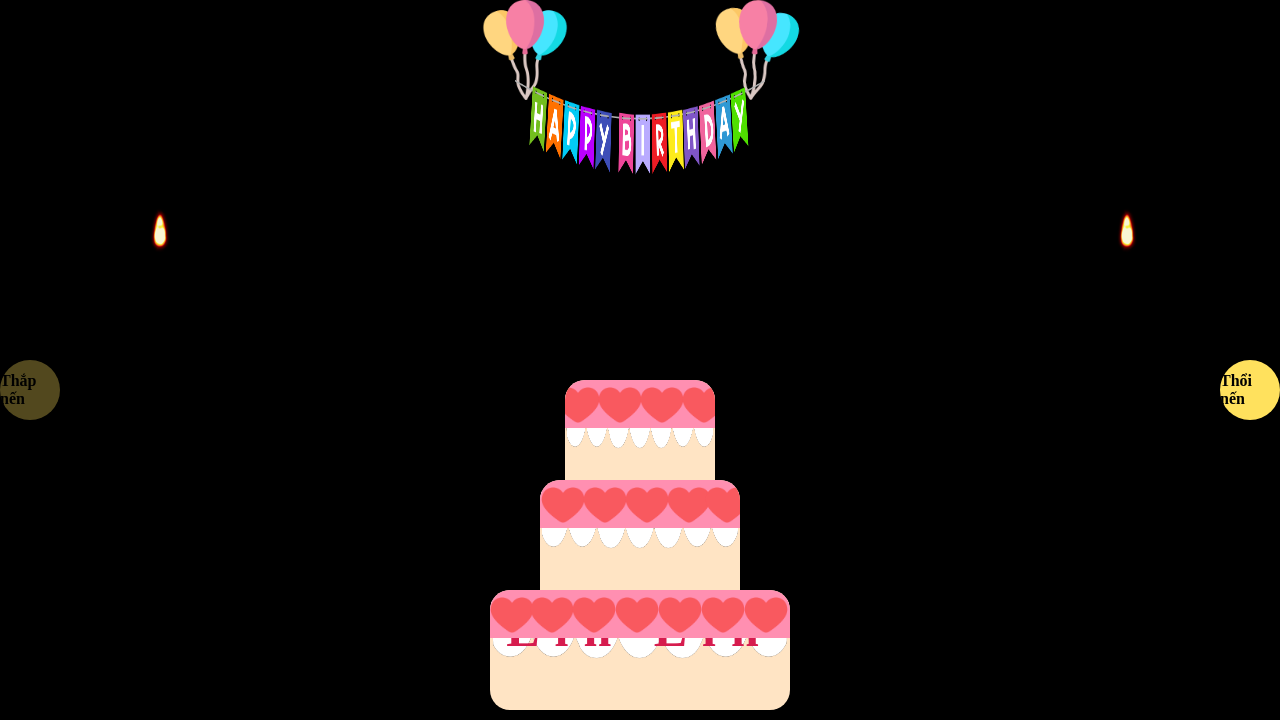
Repository: iphoneboy46/happybirthday
Page: index.html
These files come from the project's save history. The page is drawn as it stood at one moment and after the next save; the edit follows.
The browser window is 1280 px wide. The pictures show the whole page.
After loading, the first visible `div.btnThapnen` was clicked once.
Some web fonts or font styles are not loaded; a fallback is used.

Above is the page before, as saved 2022-11-28 21:32:13.

### index.html
<!DOCTYPE html>
<html lang="en">
  <head>
    <meta charset="UTF-8" />
    <meta http-equiv="X-UA-Compatible" content="IE=edge" />
    <meta name="viewport" content="width=device-width, initial-scale=1.0" />
    <title>Happy Birthday</title>
    <link rel="stylesheet" href="style.css" />
  </head>
  <body>
    <div class="container">
      <div class="cake">
        <div class="top--cake">
          <div class="img-wavy">
            <img src="image/img1.png" alt="" />
          </div>

          <div class="img-heart-1--top">
            <img src="image/heart.png" alt="" />
          </div>
          <div class="img-heart-2--top">
            <img src="image/heart.png" alt="" />
          </div>
          <div class="img-heart-3--top">
            <img src="image/heart.png" alt="" />
          </div>
          <div class="img-heart-4--top">
            <img src="image/heart.png" alt="" />
          </div>

          <div class="border-cake"></div>
        </div>
        <div class="center--cake">
          <div class="img-wavy">
            <img src="image/img1.png" alt="" />
          </div>
          <div class="img-heart-1--center">
            <img src="image/heart.png" alt="" />
          </div>
          <div class="img-heart-2--center">
            <img src="image/heart.png" alt="" />
          </div>
          <div class="img-heart-3--center">
            <img src="image/heart.png" alt="" />
          </div>
          <div class="img-heart-4--center">
            <img src="image/heart.png" alt="" />
          </div>
          <div class="img-heart-5--center">
            <img src="image/heart.png" alt="" />
          </div>
          <div class="img-heart-6--center">
            <img src="image/heart.png" alt="" />
          </div>
          <div class="img-heart-7--center">
            <img src="image/heart.png" alt="" />
          </div>

          <div class="border-cake"></div>
        </div>
        <div class="bottom--cake">
          <div class="img-wavy">
            <img src="image/img1.png" alt="" />
          </div>

          <div class="img-heart-1">
            <img src="image/heart.png" alt="" />
          </div>
          <div class="img-heart-2">
            <img src="image/heart.png" alt="" />
          </div>
          <div class="img-heart-3">
            <img src="image/heart.png" alt="" />
          </div>
          <div class="img-heart-4">
            <img src="image/heart.png" alt="" />
          </div>
          <div class="img-heart-5">
            <img src="image/heart.png" alt="" />
          </div>
          <div class="img-heart-6">
            <img src="image/heart.png" alt="" />
          </div>
          <div class="img-heart-7">
            <img src="image/heart.png" alt="" />
          </div>
          <div class="img-heart-8">
            <img src="image/heart.png" alt="" />
          </div>

          <div class="border-cake"></div>
        </div>
        <div class="fire2">
          <img src="music/luanen.gif" alt="" />
        </div>
        <div class="fire4">
          <img src="music/luanen.gif" alt="" />
        </div>
        <div class="number2">
          <img src="image/number2png.png" alt="" />
        </div>
        <div class="number4">
          <img src="image/number4.png" alt="" />
        </div>
      </div>
      <h1 class="name">Lin Lin</h1>
      <h2 class="day">29-11</h2>
      <audio class="audioHpbd" controls autoplay>
        <source src="music/Happy Birthday -Piano Cover.mp3" type="audio/mpeg" />
      </audio>
      <div class="hpbd">
        <div class="text-hbbd">
          <img src="image/hbbdpng.png" alt="" />
        </div>
        <div class="bongbong1">
          <img src="image/balloon.png" alt="" />
        </div>
        <div class="bongbong2">
          <img src="image/balloon.png" alt="" />
        </div>
      </div>
      <div class="btnThapnen">Thắp nến</div>
      <div class="btnThoinen">Thổi nến</div>
    </div>
    <script src="index.js"></script>
  </body>
</html>

### style.css
@import url('https://fonts.googleapis.com/css2?family=Fleur+De+Leah&display=swap');

* {
    padding: 0;
    margin: 0;
    box-sizing: border-box;
    font-family: 'Fleur De Leah', cursive;

}

body {
    overflow: hidden;
}

.container {
    width: 100%;
    background-color: #FFE6E6;
    /* background-color: black; */
    height: 100vh;
    display: flex;
    justify-content: center;
    align-items: flex-end;

}

.cake {
    display: flex;
    flex-direction: column;
    justify-content: center;
    align-items: center;
    animation: cake-scale linear 5s;
}

@keyframes cake-scale {
    0% {
        transform: scale(0)
    }

    100% {
        transform: scale(1)
    }
}

.top--cake {
    position: relative;
    overflow: hidden;
    width: 150px;
    height: 100px;
    background-color: bisque;
    border-top-left-radius: 20px;
    border-top-right-radius: 20px;
}



.center--cake {
    position: relative;
    overflow: hidden;
    width: 200px;
    height: 110px;
    background-color: bisque;
    border-top-left-radius: 20px;
    border-top-right-radius: 20px;
}


.bottom--cake {
    position: relative;
    overflow: hidden;
    width: 300px;
    height: 120px;
    background-color: bisque;
    border-radius: 20px;
    margin-bottom: 10px;
}



.img-wavy {
    width: 100%;
    height: 70px;
}

.img-wavy img {
    width: 100%;
    height: 100%;
}

.img-heart-1 {
    z-index: 3;
    position: absolute;
    top: 0px;
    left: -3px;
    width: 50px;
    height: 50px;
}


.img-heart-1 img {
    width: 100%;
    height: 100%;
}

.img-heart-2 {
    z-index: 3;
    position: absolute;
    top: 0px;
    left: 37px;
    width: 50px;
    height: 50px;
}


.img-heart-2 img {
    width: 100%;
    height: 100%;
}


.img-heart-3 {
    z-index: 3;
    position: absolute;
    top: 0px;
    left: 79px;
    width: 50px;
    height: 50px;
}


.img-heart-3 img {
    width: 100%;
    height: 100%;
}

.img-heart-4 {
    z-index: 3;
    position: absolute;
    top: 0px;
    left: 122px;
    width: 50px;
    height: 50px;
}


.img-heart-4 img {
    width: 100%;
    height: 100%;
}

.img-heart-5 {
    z-index: 3;
    position: absolute;
    top: 0px;
    left: 165px;
    width: 50px;
    height: 50px;
}


.img-heart-5 img {
    width: 100%;
    height: 100%;
}

.img-heart-6 {
    z-index: 3;
    position: absolute;
    top: 0px;
    left: 208px;
    width: 50px;
    height: 50px;
}


.img-heart-6 img {
    width: 100%;
    height: 100%;
}

.img-heart-7 {
    z-index: 3;
    position: absolute;
    top: 0px;
    left: 251px;
    width: 50px;
    height: 50px;
}


.img-heart-7 img {
    width: 100%;
    height: 100%;
}



.border-cake {
    z-index: 2;
    position: absolute;
    top: 0;
    width: 100%;
    height: 48px;
    background-color: #FF8FB1;
}


.img-heart-1--center {
    z-index: 3;
    position: absolute;
    top: 0px;
    left: -2px;
    width: 50px;
    height: 50px;
}


.img-heart-1--center img {
    width: 100%;
    height: 100%;
}

.img-heart-2--center {
    z-index: 3;
    position: absolute;
    top: 0px;
    left: 40px;
    width: 50px;
    height: 50px;
}


.img-heart-2--center img {
    width: 100%;
    height: 100%;
}


.img-heart-3--center {
    z-index: 3;
    position: absolute;
    top: 0px;
    left: 82px;
    width: 50px;
    height: 50px;
}


.img-heart-3--center img {
    width: 100%;
    height: 100%;
}

.img-heart-4--center {
    z-index: 3;
    position: absolute;
    top: 0px;
    left: 124px;
    width: 50px;
    height: 50px;
}


.img-heart-4--center img {
    width: 100%;
    height: 100%;
}

.img-heart-5--center {
    z-index: 3;
    position: absolute;
    top: 0px;
    left: 260px;
    width: 50px;
    height: 50px;
}


.img-heart-5--center img {
    width: 100%;
    height: 100%;
}

.img-heart-6--center {
    z-index: 3;
    position: absolute;
    top: 0px;
    left: 330px;
    width: 50px;
    height: 50px;
}


.img-heart-6--center img {
    width: 100%;
    height: 100%;
}

.img-heart-7--center {
    z-index: 3;
    position: absolute;
    top: 0px;
    left: 162px;
    width: 50px;
    height: 50px;
}


.img-heart-7--center img {
    width: 100%;
    height: 100%;
}



.img-heart-1--top {
    z-index: 3;
    position: absolute;
    top: 0px;
    left: -12px;
    width: 50px;
    height: 50px;
}


.img-heart-1--top img {
    width: 100%;
    height: 100%;
}

.img-heart-2--top {
    z-index: 3;
    position: absolute;
    top: 0px;
    left: 30px;
    width: 50px;
    height: 50px;
}


.img-heart-2--top img {
    width: 100%;
    height: 100%;
}


.img-heart-3--top {
    z-index: 3;
    position: absolute;
    top: 0px;
    left: 72px;
    width: 50px;
    height: 50px;
}


.img-heart-3--top img {
    width: 100%;
    height: 100%;
}

.img-heart-4--top {
    z-index: 3;
    position: absolute;
    top: 0px;
    left: 114px;
    width: 50px;
    height: 50px;
}


.img-heart-4--top img {
    width: 100%;
    height: 100%;
}

.number2 {
    position: absolute;
    width: 60px;
    height: 92px;
    top: 242px;
    left: 40%;
    transform: translateX(-50%);
    animation: num linear 10s
}


.number2 img {
    width: 100%;
    height: 100%;
}

.number4 {
    position: absolute;
    width: 100px;
    height: 100px;
    top: 242px;
    left: 59%;
    transform: translateX(-50%);
    animation: num linear 10s
}

@keyframes num {
    0% {
        top: -2000px;
        opacity: 0;
    }

    100% {
        top: 242px;
        opacity: 1;
    }
}

.number4 img {
    width: 100%;
    height: 100%;
}


.hpbd {
    top: 0px;
    position: absolute;
    animation: topText linear 5s;
}

@keyframes topText {
    0% {
        top: 1000px;
    }

    100% {
        top: 0px;
    }
}


.text-hbbd {
    transform: translateX(-50%);
    position: absolute;
    top: 80px;
    left: 50%;
    width: 250px;
    height: 100px;
    z-index: 10;

}



.text-hbbd img {
    width: 100%;
    height: 100%;
}

.bongbong1 {
    position: absolute;
    width: 100px;
    height: 100px;
    left: 65px;
    top: 0px;

    animation: dungdua1 linear 5s infinite;
}

@keyframes dungdua1 {
    0% {
        transform: rotate(0deg)
    }


    50% {
        transform: rotate(10deg)
    }

    100% {
        transform: rotate(0deg)
    }
}



.bongbong1 img {
    width: 100%;
    height: 100%;
}


.bongbong2 {
    position: absolute;
    width: 100px;
    height: 100px;
    right: 65px;
    top: 0px;
    animation: dungdua2 linear 5s infinite;
    animation-delay: 15s;
}

@keyframes dungdua2 {
    0% {
        transform: rotate(0deg)
    }


    50% {
        transform: rotate(-10deg)
    }

    100% {
        transform: rotate(0deg)
    }
}

.bongbong2 img {
    width: 100%;
    height: 100%;
}

.audioHpbd {
    display: none;
}

.name {
    text-align: center;
    top: 600px;
    position: absolute;
    font-size: 50px;
    letter-spacing: 15px;
    color: #D61C4E;
    animation: cake-scale linear 5s;

}


.day {
    text-align: center;
    top: 490px;
    position: absolute;
    font-size: 40px;
    letter-spacing: 15px;
    color: #D61C4E;
    animation: cake-scale linear 5s;

}


.fire2 {
    display: none;
    position: absolute;
    top: 205px;
    left: 135px;
    width: 50px;
    height: 50px;
}

.fire2 img {
    width: 100%;
    height: 100%;
}


.fire4 {
    display: none;
    position: absolute;
    top: 205px;
    right: 128px;
    width: 50px;
    height: 50px;
}

.fire4 img {
    width: 100%;
    height: 100%;
}

.btnThapnen {
    display: flex;
    justify-content: center;
    align-items: center;
    flex-direction: column;
    border-radius: 50%;
    width: 60px;
    height: 60px;
    position: absolute;
    font-weight: bolder;
    top: 50%;
    left: 0;
    user-select: none;
    background-color: #FFE15D;
    animation: thapNen linear 20s;
    opacity: 0
}

@keyframes thapNen {
    0%{
        opacity: 0;
    }
    100%{
        opacity: 1;
    }
}


.btnThoinen {
    display: flex;
    justify-content: center;
    align-items: center;
    flex-direction: column;
    border-radius: 50%;
    width: 60px;
    height: 60px;
    position: absolute;
    font-weight: bolder;
    top: 50%;
    right:0;
    user-select: none;
    background-color: #FFE15D;
    display: none;
}

### index.js
const btnThapnen = document.querySelector(".btnThapnen");
const btnThoinen = document.querySelector(".btnThoinen");

const con = document.querySelector(".container");
const fire2 = document.querySelector(".fire2");
const fire4 = document.querySelector(".fire4");


btnThapnen.onclick = () => {
    btnThoinen.style.display = "flex"
    con.style.backgroundColor = "black";
    fire2.style.display = "block";
    fire4.style.display = "block";

};


btnThoinen.onclick = () => {

    con.style.backgroundColor = "#FFE6E6";
    fire2.style.display = "none";
    fire4.style.display = "none";
};

After the next save:
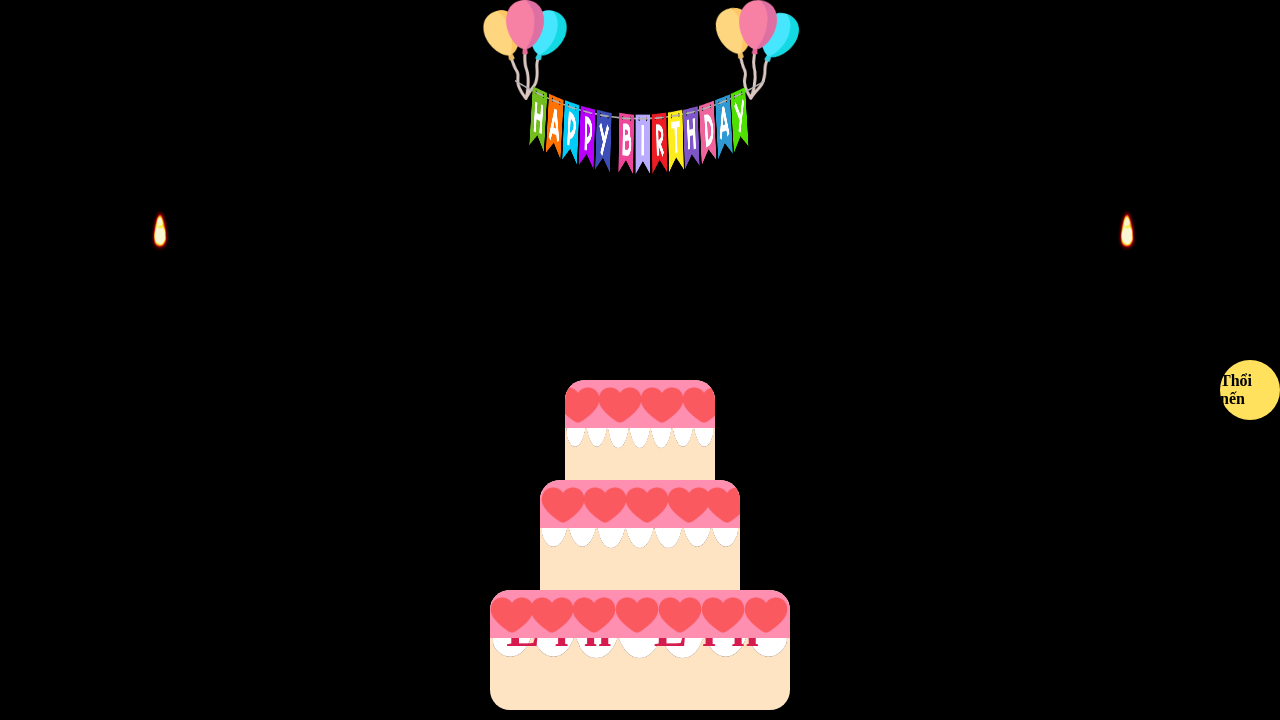
Saved 36 s later.
--- a/index.js
+++ b/index.js
@@ -7,7 +7,8 @@ const fire4 = document.querySelector(".fire4");
 
 
 btnThapnen.onclick = () => {
-    btnThoinen.style.display = "flex"
+    btnThoinen.style.display = "flex";
+    btnThapnen.style.display ="none"
     con.style.backgroundColor = "black";
     fire2.style.display = "block";
     fire4.style.display = "block";
